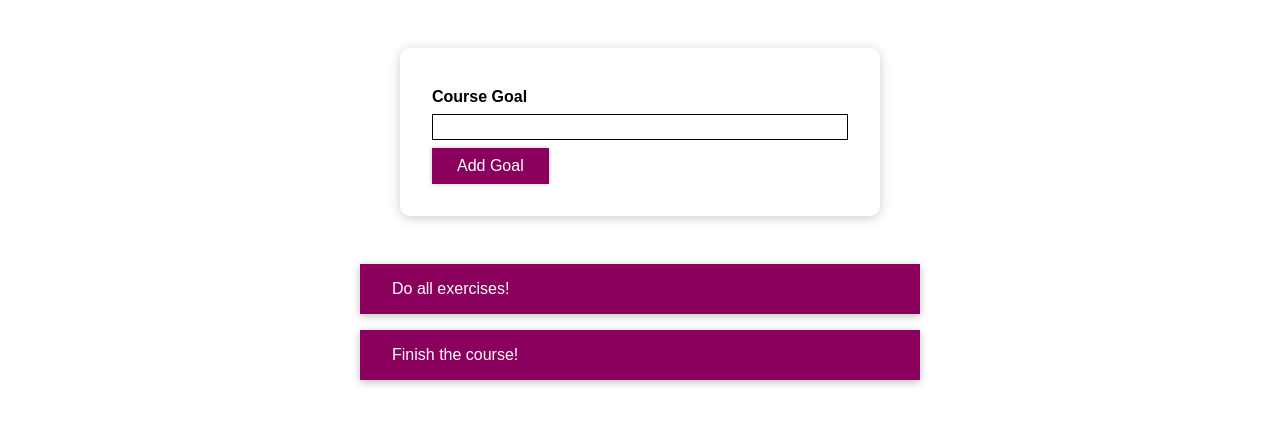
Repository: Wakkaba/PracticeProject
Page: /
These files come from the project's save history. The page is drawn as it stood at one moment and after the next save; the edit follows.
The browser window is 1280 px wide. The pictures show the whole page.
The project was rebuilt for these pictures with package versions that can differ from the ones it lists, and the page was loaded fresh each time.

Above is the page before, as saved 2021-10-21 18:19:43.

After the next save:
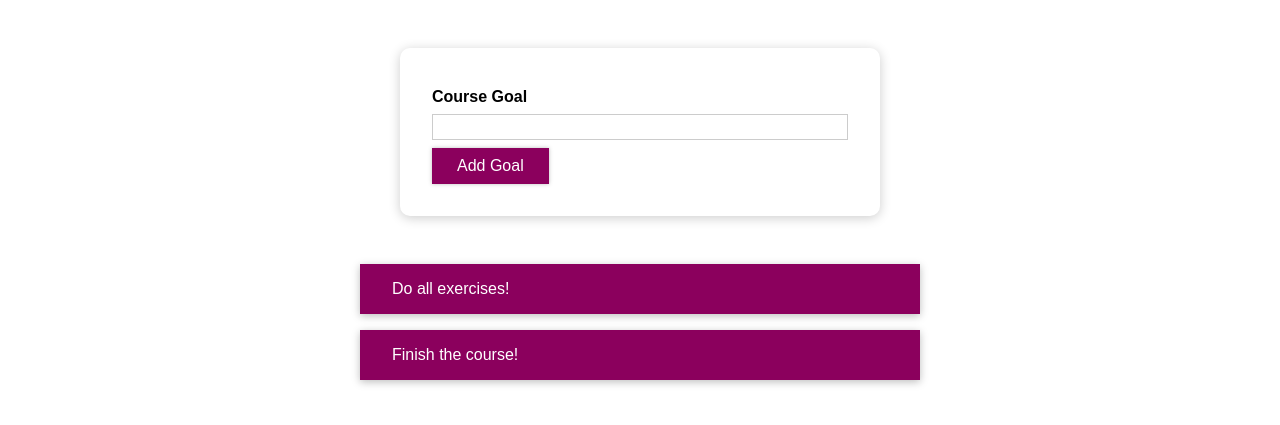
Saved 29 s later.
--- a/src/components/CourseGoals/CourseInput/CourseInput.js
+++ b/src/components/CourseGoals/CourseInput/CourseInput.js
@@ -24,7 +24,7 @@
     <form onSubmit={formSubmitHandler}>
       <div className="form-control">
         <label style={{color: !isValid ? 'red' : 'black'}}>Course Goal</label>
-        <input type="text" style={{borderColor: !isValid ? 'red' : 'black'}} onChange={goalInputChangeHandler} />
+        <input type="text" onChange={goalInputChangeHandler} />
       </div>
       <Button type="submit">Add Goal</Button>
     </form>

After the save that followed:
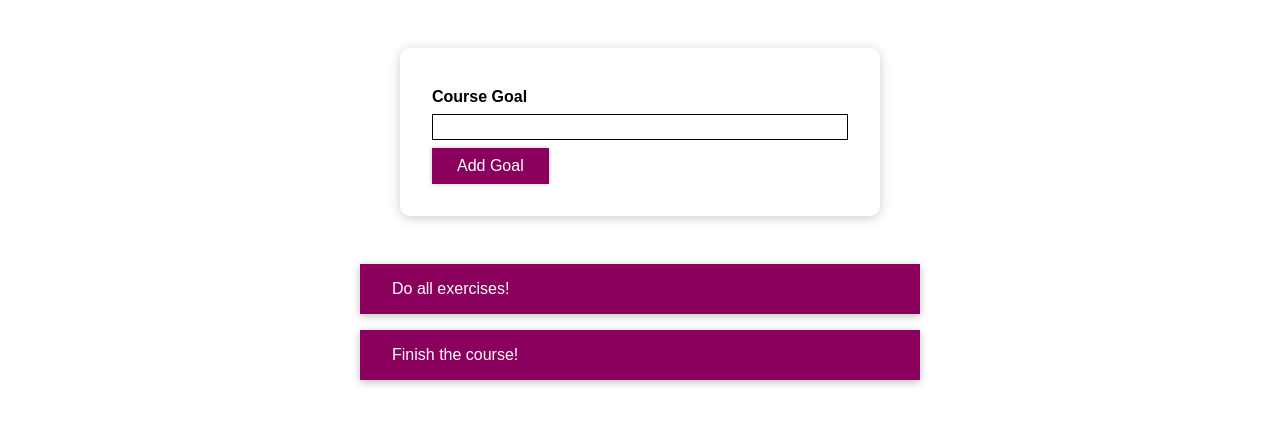
Saved 6 s later.
--- a/src/components/CourseGoals/CourseInput/CourseInput.js
+++ b/src/components/CourseGoals/CourseInput/CourseInput.js
@@ -24,7 +24,7 @@
     <form onSubmit={formSubmitHandler}>
       <div className="form-control">
         <label style={{color: !isValid ? 'red' : 'black'}}>Course Goal</label>
-        <input type="text" onChange={goalInputChangeHandler} />
+        <input type="text" style={{borderColor: !isValid ? 'red' : 'black', background: !isValid ? 'red' : ''}} onChange={goalInputChangeHandler} />
       </div>
       <Button type="submit">Add Goal</Button>
     </form>
